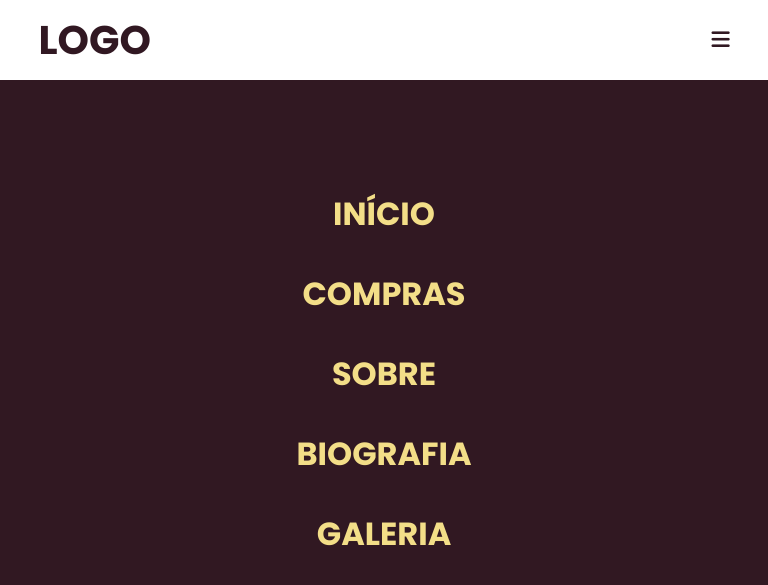
Repository: Matheus904-12/Teste
Page: teste.html
An editor plug-in stored every save of this project. The page is shown before and after the next save, followed by the edit.
The browser window is 768 px wide. The pictures show the whole page.
Some web libraries are served in a nearby version.

Above is the page before, as saved 2023-11-01 10:23:31.

After the next save:
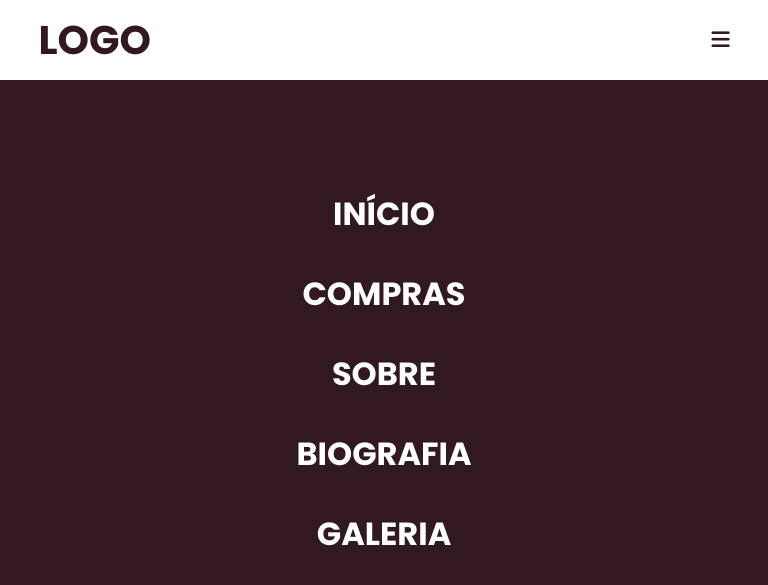
Saved 17 s later.
--- a/css.css
+++ b/css.css
@@ -94,6 +94,6 @@ header nav #toggle {
         font-size: 2rem;
         font-weight: 700;
         text-transform: uppercase;
-        color: #f3de88
+        color: #ffffff
     }
 }
